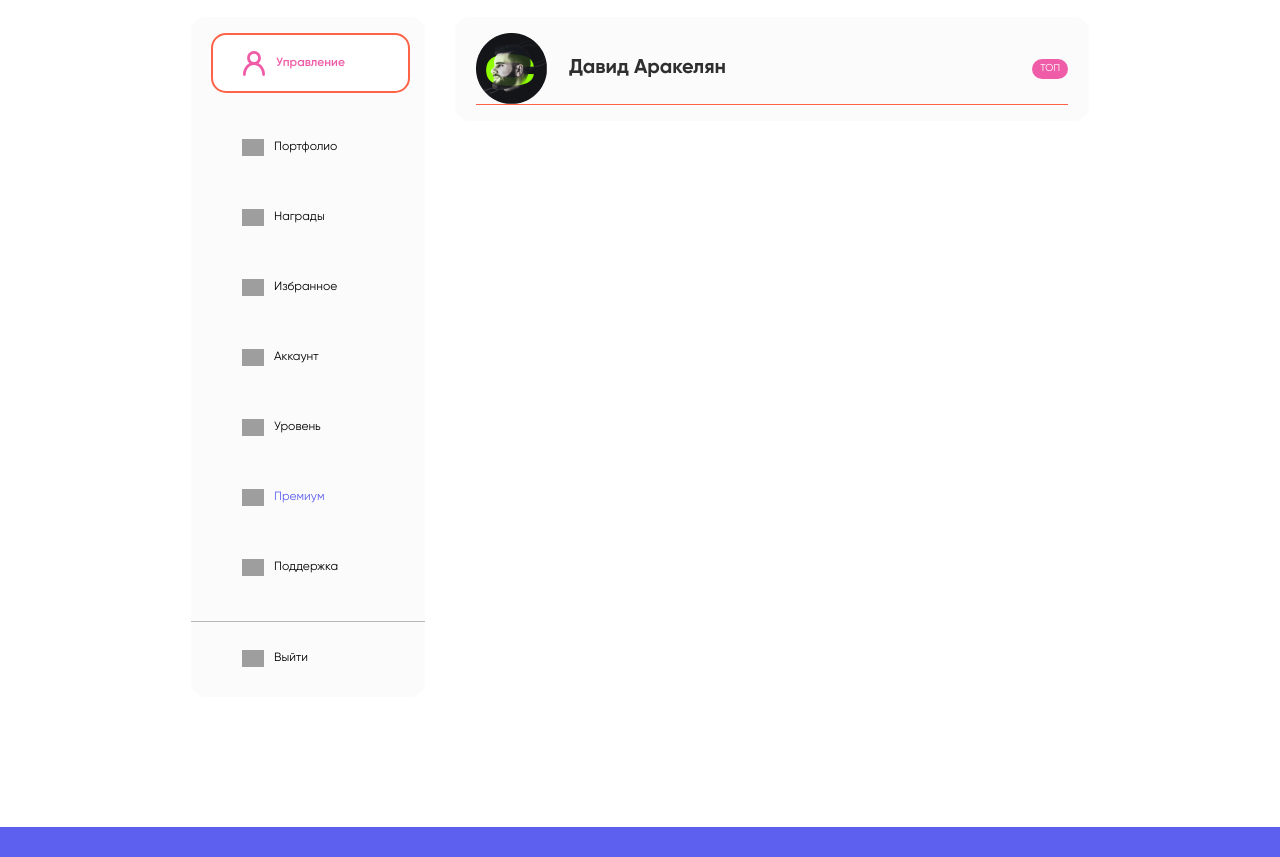
Repository: alexboagreek/selfmade
Page: index.html
These files come from the project's save history. The page is drawn as it stood at one moment and after the next save; the edit follows.
The browser window is 1280 px wide. The pictures show the part of the page from y = 353 to 1210 px (the page is 1719 px tall).
Pictures or frames that could not be fetched are drawn as grey boxes. A picture or video elsewhere on the page could not be fetched, so the positions and the page height are approximate.

Above is the page before, as saved 2022-12-13 12:39:56.

After the next save:
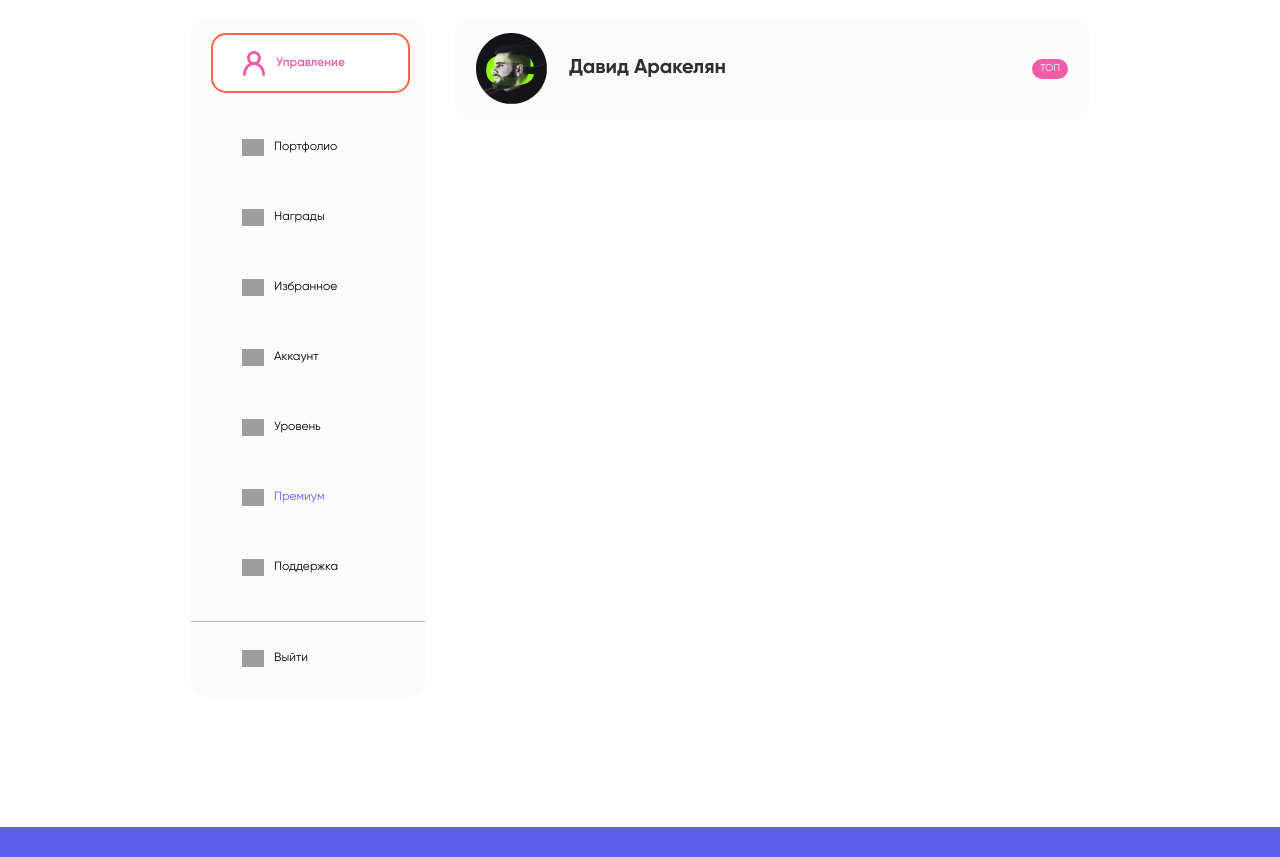
Saved 17 s later.
--- a/css/interface.css
+++ b/css/interface.css
@@ -8,7 +8,6 @@
     display: flex;
     justify-content: space-between;
     align-items: center;
-    border-bottom: 1px solid tomato;
 }
 .user__info {
     display: flex;
